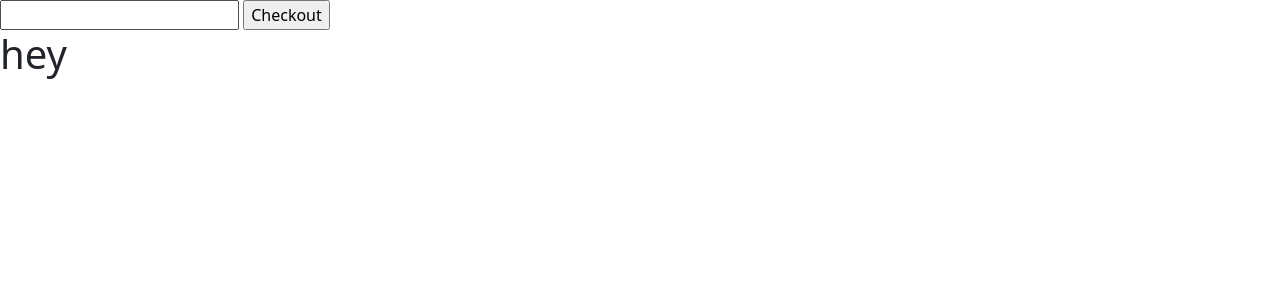
Repository: Flatbook/sliced_bread
Page: http://localhost/checkout
These files come from the project's save history. The page is drawn as it stood at one moment and after the next save; the edit follows.
The browser window is 1280 px wide. The pictures show the whole page.
Some web libraries are served in a nearby version. The page is served by the project's application, run on Flask 3 (app.py).

Above is the page before, as saved 2021-05-15 22:13:33.

After the next save:
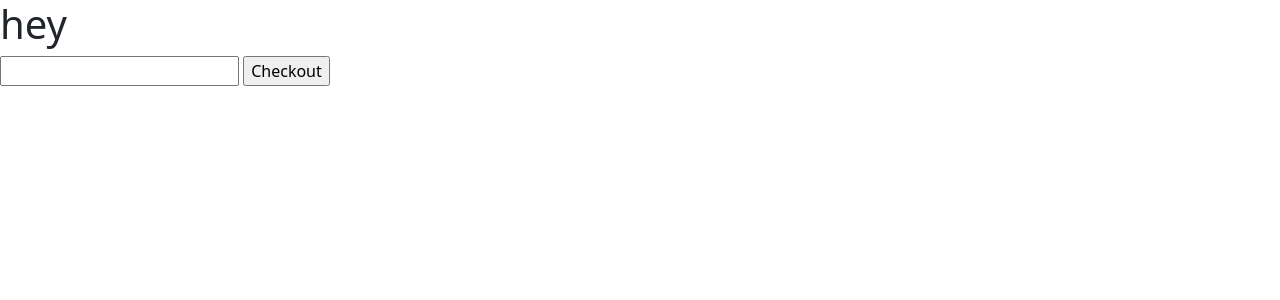
Saved 2 min 26 s later.
--- a/flask_project/templates/checkout.html
+++ b/flask_project/templates/checkout.html
@@ -1,14 +1,13 @@
 {% extends "layout.html" %}
 {% block content %}
- {{ form.srf_token }}
- {{ form.name }}
- {{ form.submit }}
+
 
 <h1>hey</h1>
 
 <form method = "POST" action ="{{ url_for('checkout')}}">
 	{{ form. csrf_token }}
-
+	{{ form.name }}
+	{{ form.submit }}
 </form>
 
 <!-- {% if name %}
